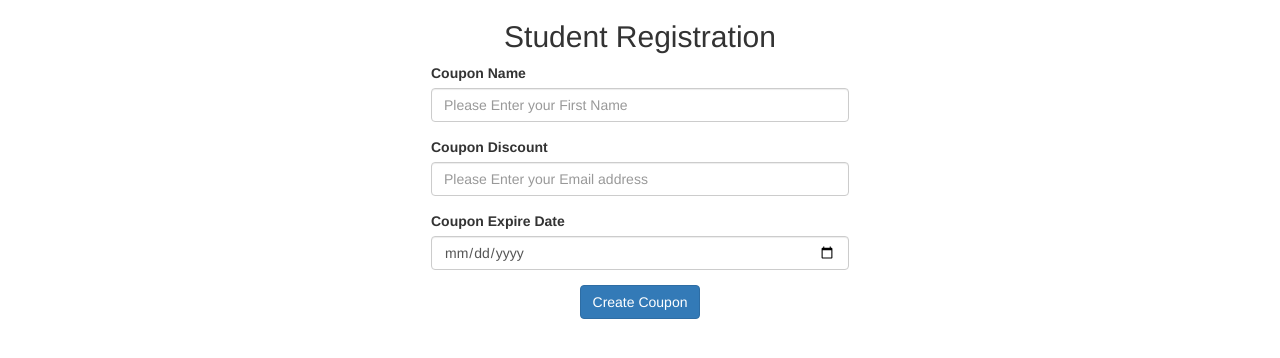
Repository: krutishilp/Sample
Page: http://localhost/couponandproductproject/createCoupon.jsp
The author's editor kept a copy of each file at every save. The page is drawn from the files as they stood at one save, then again after the next save.
The browser window is 1280 px wide. The pictures show the whole page.
The page is served by Tomcat 9.

Above is the page before, as saved 2020-09-04 06:23:44.

After the next save:
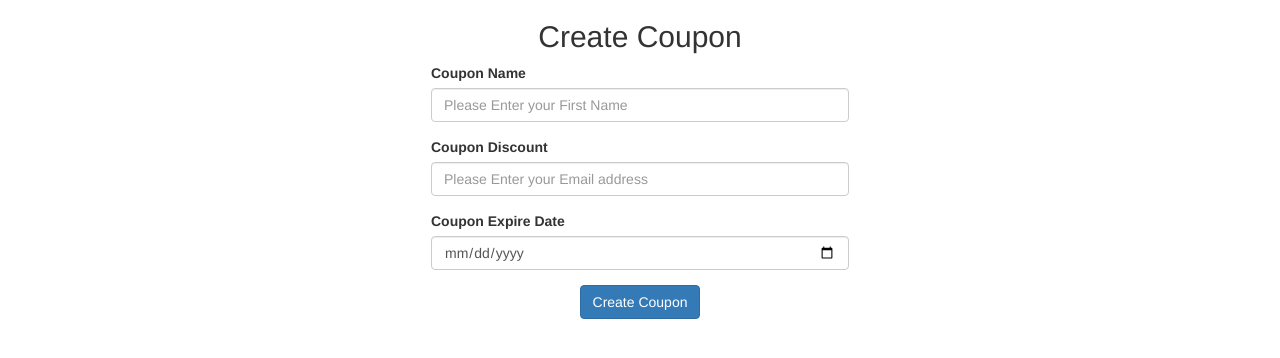
Saved 24 s later.
--- a/JAVA-Eclipse-workspace/couponandproductproject/src/main/webapp/createCoupon.jsp
+++ b/JAVA-Eclipse-workspace/couponandproductproject/src/main/webapp/createCoupon.jsp
@@ -19,7 +19,7 @@
 	<div class="container">
 
 		<form action="coupon" method="post">
-			<h2 class="text-center">Student Registration</h2>
+			<h2 class="text-center">Create Coupon</h2>
 
 			<div class="form-group">
 				<label for="couponname">Coupon Name</label> <input type="text"
